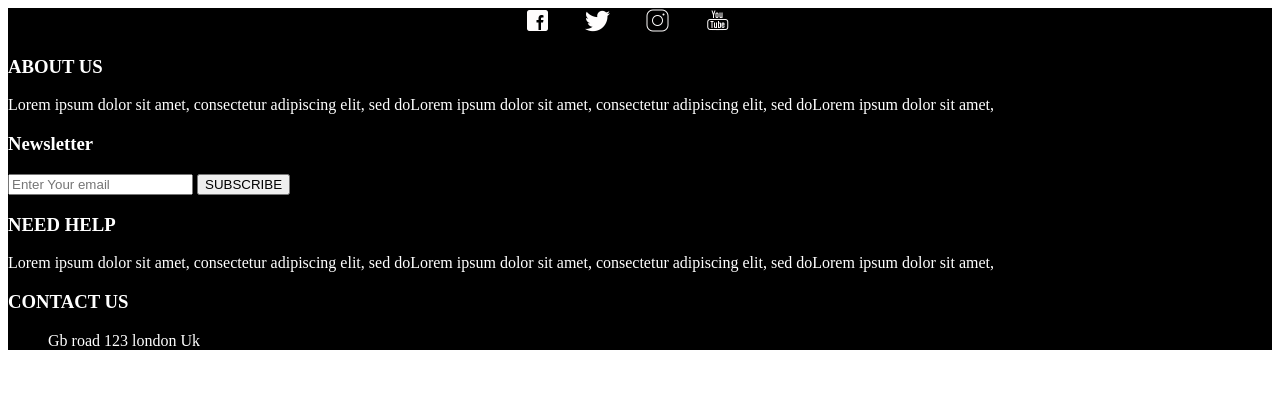
Repository: AVINKUMARP/gifts
Page: demo3.html
An editor plug-in stored every save of this project. The page is shown before and after the next save, followed by the edit.
The browser window is 1280 px wide. The pictures show the whole page.

Above is the page before, as saved 2023-08-24 15:28:20.

### demo3.html
<!DOCTYPE html>
<html lang="en">
<head>
    <meta charset="UTF-8">
    <meta name="viewport" content="width=device-width, initial-scale=1.0">
    <title>Document</title>
    <style>
        .container2{
            background-color:black;
            color: white;
        }
        .ticon{
            display: flex;
            flex-wrap: wrap;
            gap: 10px;
            justify-content: center;
        }
    </style>
</head>
<body>
    <div class="container2">
        <div class="ticon">
            <div class="one"><a href="">
                <img src="./images/icons8-facebook-50.png" alt="loading..." width="50%"></a>
            </div>
            <div class="two">
                <img src="./images/icons8-twitter-50.png" alt="loading..."width="50%">
            </div>
            <div class="three">
                <a href=""><img src="./images/icons8-instagram-50.png" alt="loading..." width="50%"></a>
            </div>
            <div class="four">
                <img src="./images/icons8-youtube-50.png" alt="loading..." width="50%">
            </div>
        </div>
        <div class="list">
            <div class="lone">
                <h3>ABOUT US</h3>
                <p>Lorem ipsum dolor sit amet, consectetur adipiscing elit, sed doLorem ipsum dolor sit amet, consectetur adipiscing elit, sed doLorem ipsum dolor sit amet,</p>
            </div>
            <div class="ltwo">
                <h3>
                    Newsletter
                </h3>
                <input type="email" placeholder="Enter Your email">
                <button>SUBSCRIBE</button>
            </div>
            <div class="lthree">
                <h3>NEED HELP</h3>
                <p>Lorem ipsum dolor sit amet, consectetur adipiscing elit, sed doLorem ipsum dolor sit amet, consectetur adipiscing elit, sed doLorem ipsum dolor sit amet,</p>
            </div>
            <div class="lfour">
                <h3>CONTACT US</h3>
                <ul type="none">
                    <li>
Gb road 123 london Uk</li>
                    <li></li>
                    <li></li>
                </ul>
            </div>
        </div>
    </div>
</body>
</html>

After the next save:
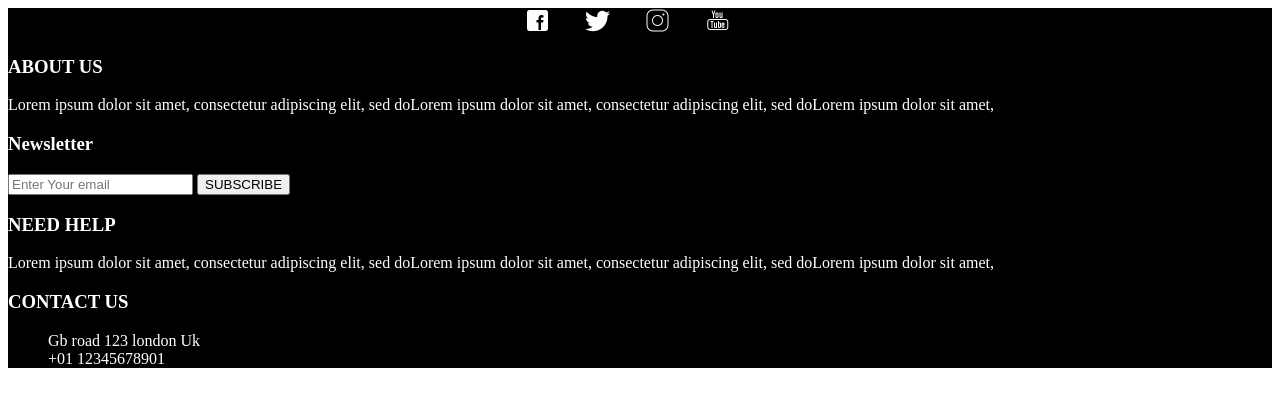
Saved 29 s later.
--- a/demo3.html
+++ b/demo3.html
@@ -52,9 +52,8 @@
             <div class="lfour">
                 <h3>CONTACT US</h3>
                 <ul type="none">
-                    <li>
-Gb road 123 london Uk</li>
-                    <li></li>
+                    <li>Gb road 123 london Uk</li>
+                    <li>+01 12345678901</li>
                     <li></li>
                 </ul>
             </div>
